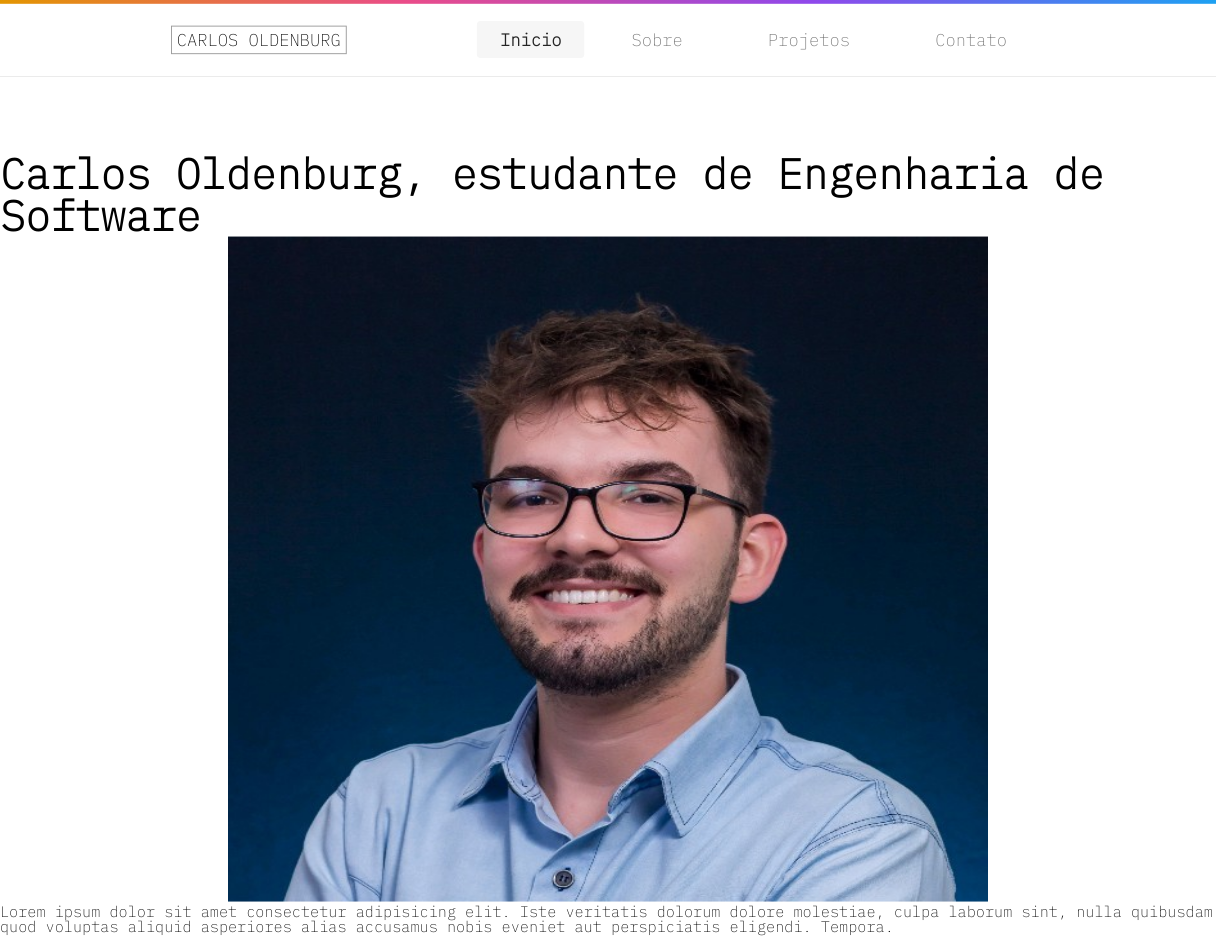
Repository: Carolden/PortfolioCrie
Page: index.html
An editor plug-in stored every save of this project. The page is shown before and after the next save, followed by the edit.
The browser window is 1280 px wide. The pictures show the whole page, at 95% of full size.

Above is the page before, as saved 2023-05-22 10:49:45.

After the next save:
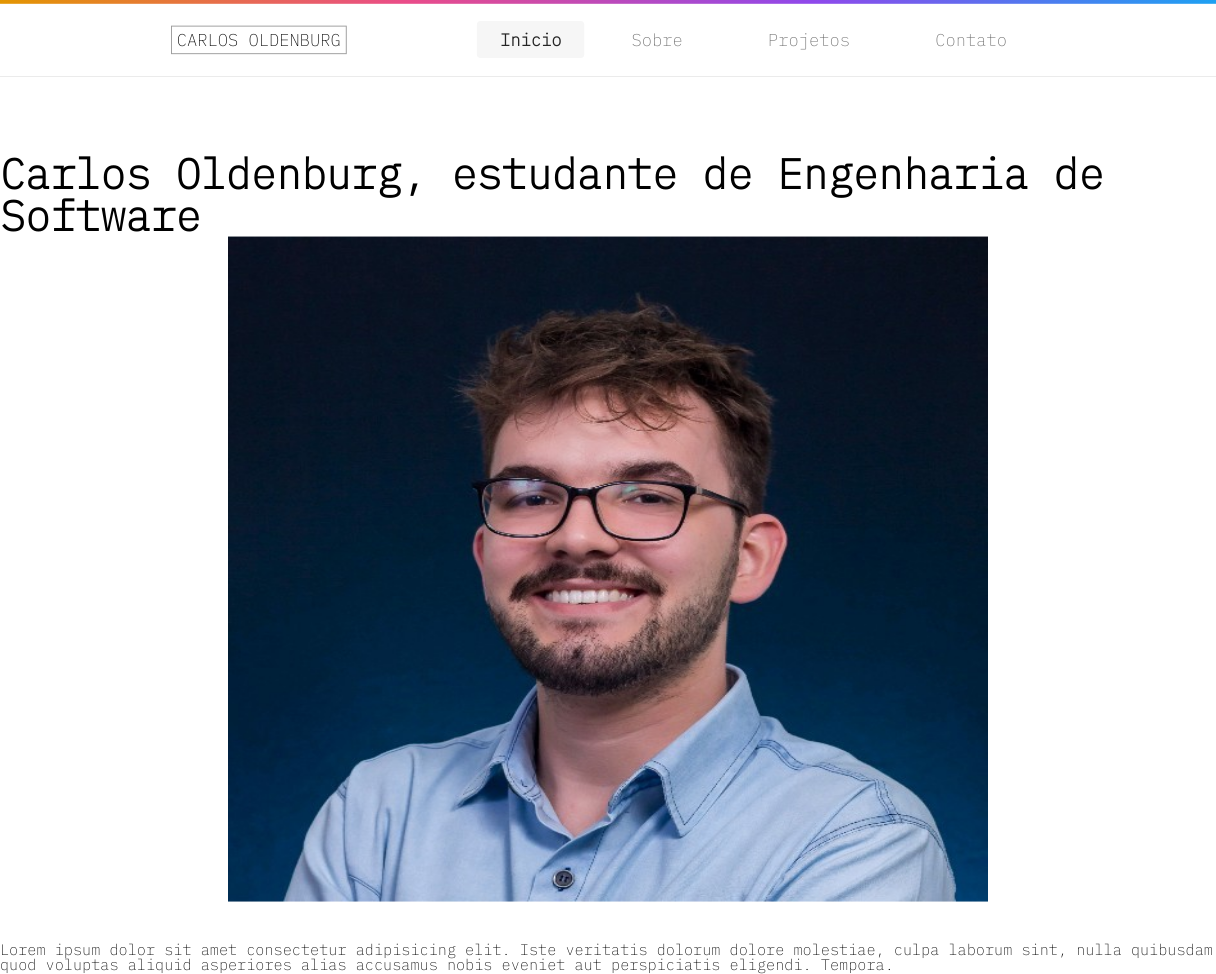
Saved 29 s later.
--- a/styles/components/section__image.css
+++ b/styles/components/section__image.css
@@ -1,5 +1,5 @@
 .section__image {
     width: 800px;
     height: 700px;
-    /* object-fit: cover; */
+    margin-bottom: 40px;
 }
